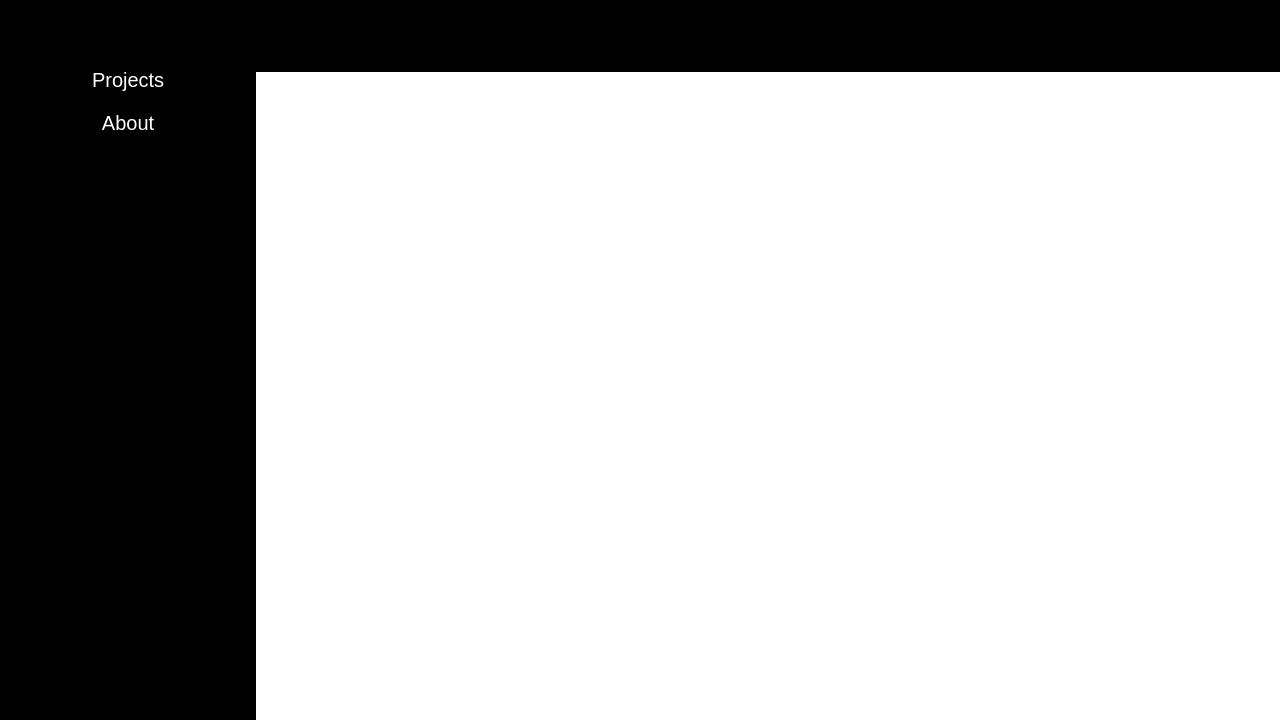
Repository: josephinel6/josephinel6.github.io
Page: index.html
The author's editor kept a copy of each file at every save. The page is drawn from the files as they stood at one save, then again after the next save.
The browser window is 1280 px wide. The pictures show the whole page.

Above is the page before, as saved 2023-04-04 10:33:48.

### index.html
<!DOCTYPE html>
<html>

<head>
    <style>
        :root.light {
            --color-bg: white;
            --color-menu-text: black;
        }

        :root.dark {
            --color-bg: black;
            --color-menu-text: white;
        }

        /* :root {
            --color-bg: black;
        } */

        html,
        body {
            height: 100%;
            width: 100%;
            margin: 0;
            padding: 0;
        }

        #menu {
            height: 100%;
            width: 20%;
            position: absolute;
            background-color: var(--color-bg);
        }

        #topbar {
            width: 100%;
            height: 10%;
            position: absolute;
            background-color: var(--color-bg);
        }

        .menutext {
            color: var(--color-menu-text);
            font-family: sans-serif;
            font-size: 20px;
        }
    </style>
    <script type="module" src="https://cdn.jsdelivr.net/gh/zerodevx/zero-md@2/dist/zero-md.min.js"></script>
</head>

<body>
    <div id="menu">
        <div style="margin-top: 10%">
            <CENTER>
                <p class="menutext"> Home </p>
                <p class="menutext"> Projects </p>
                <p class="menutext"> About </p>
            </CENTER>
        </div>
    </div>
    <div id="topbar">

    </div>
    <script>
        window.onload = function () {
            document.documentElement.classList.remove("light")
            document.documentElement.classList.add("dark")
            window.localStorage.setItem('mode', 'dark');
            console.log("dark")
        }

        function openpage(pageName, elmnt) {
            var i, tabcontent, tablinks;
            tabcontent = document.getElementsByClassName("tabcontent");
            for (i = 0; i < tabcontent.length; i++) {
                tabcontent[i].style.display = "none";
            }
            tablinks = document.getElementsByClassName("tablink");
            for (i = 0; i < tablinks.length; i++) {
                tablinks[i].style.backgroundColor = "";
            }
            document.getElementById(pageName).style.display = "block";

            document.body.scrollTop = 0;
            document.documentElement.scrollTop = 0;
            console.log("ducks")
        }
    </script>

</body>

</html>

After the next save:
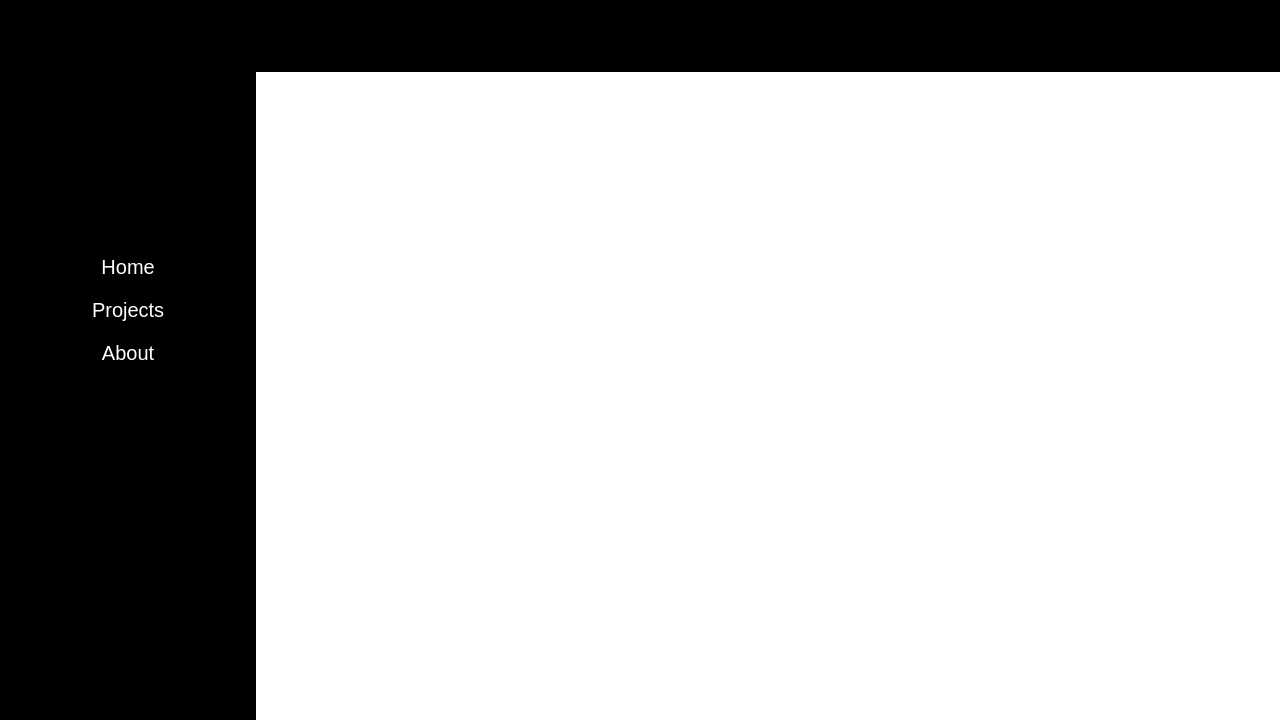
Saved 6 s later.
--- a/index.html
+++ b/index.html
@@ -50,7 +50,7 @@
 
 <body>
     <div id="menu">
-        <div style="margin-top: 10%">
+        <div style="margin-top: 100%">
             <CENTER>
                 <p class="menutext"> Home </p>
                 <p class="menutext"> Projects </p>
